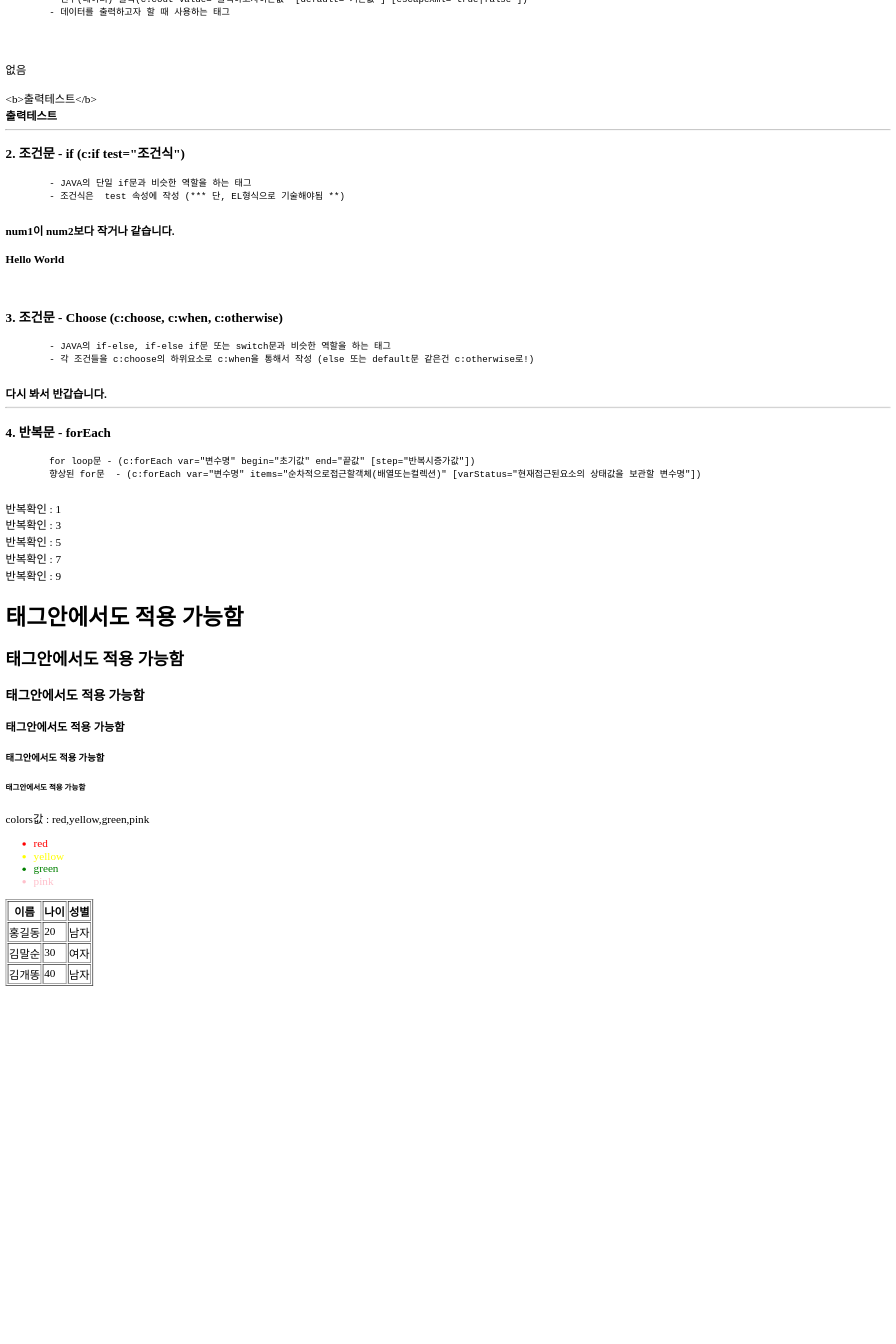
Repository: Young-27/DailyStudy
Page: http://localhost/actionProject/views/3_customAction/01_core.jsp
An editor plug-in stored every save of this project. The page is shown before and after the next save, followed by the edit.
The browser window is 1280 px wide. The pictures show the part of the page from y = 856 to 2776 px (the page is 2776 px tall), at 70% of full size.
The page is served by Tomcat 9.

Above is the page before, as saved 2021-06-17 11:05:25.

After the next save:
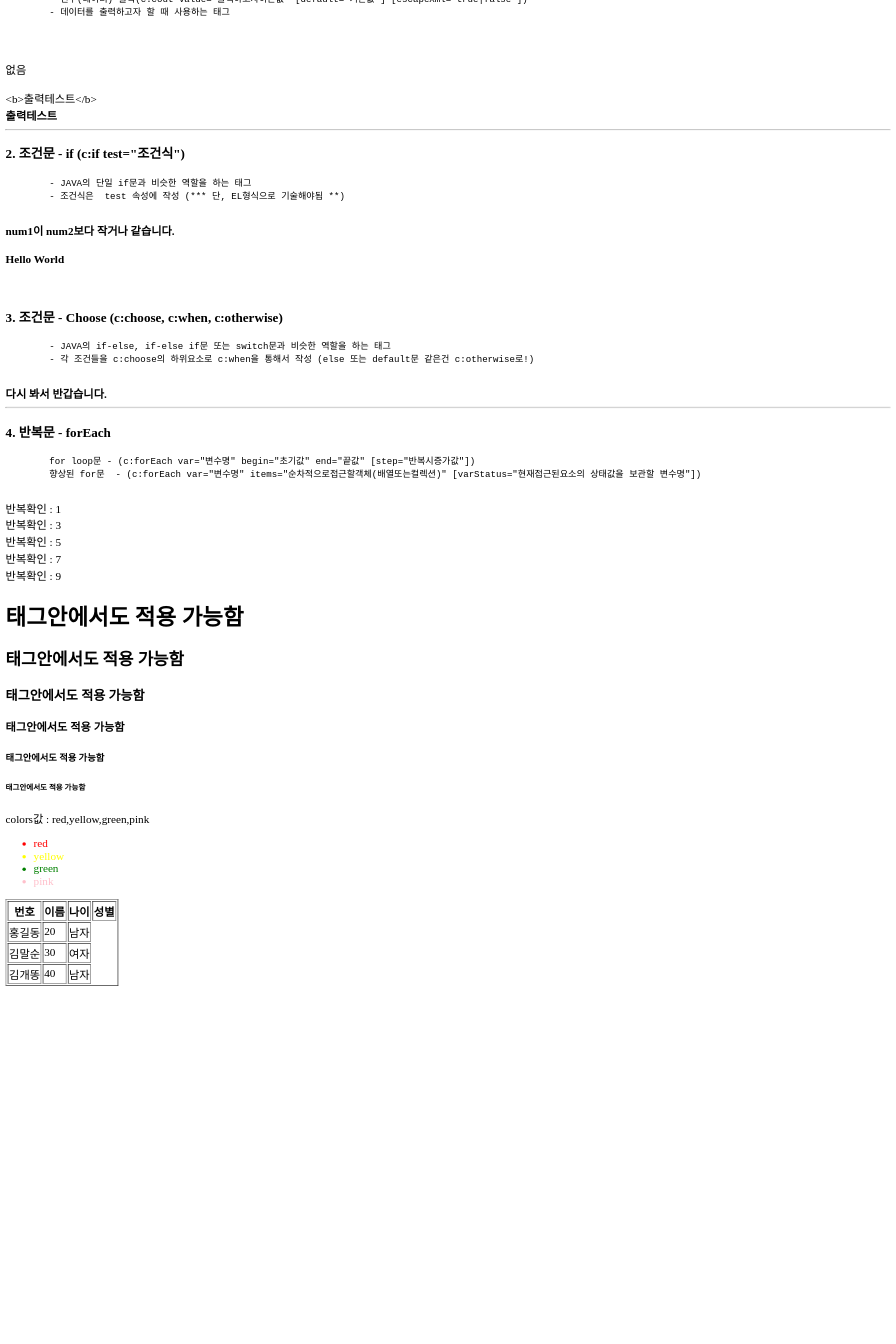
Saved 4 min 31 s later.
--- a/Server/web-workspace2/actionProject/WebContent/views/3_customAction/01_core.jsp
+++ b/Server/web-workspace2/actionProject/WebContent/views/3_customAction/01_core.jsp
@@ -203,6 +203,7 @@
 	<table border="1">
 		<thead>
 			<tr>
+				<th>번호</th>
 				<th>이름</th>
 				<th>나이</th>
 				<th>성별</th>
@@ -218,10 +219,11 @@
 				<% } %>
 			<% } %>
 			 --%>
-
 			<c:choose>
 				<c:when test="${ empty pList }">
-
+					<tr>
+						<td colspan="3">조회된 사람이 없습니다.</td>
+					</tr>
 				</c:when>
 				<c:otherwise>
 					<c:forEach var="p" items="${ pList }">
